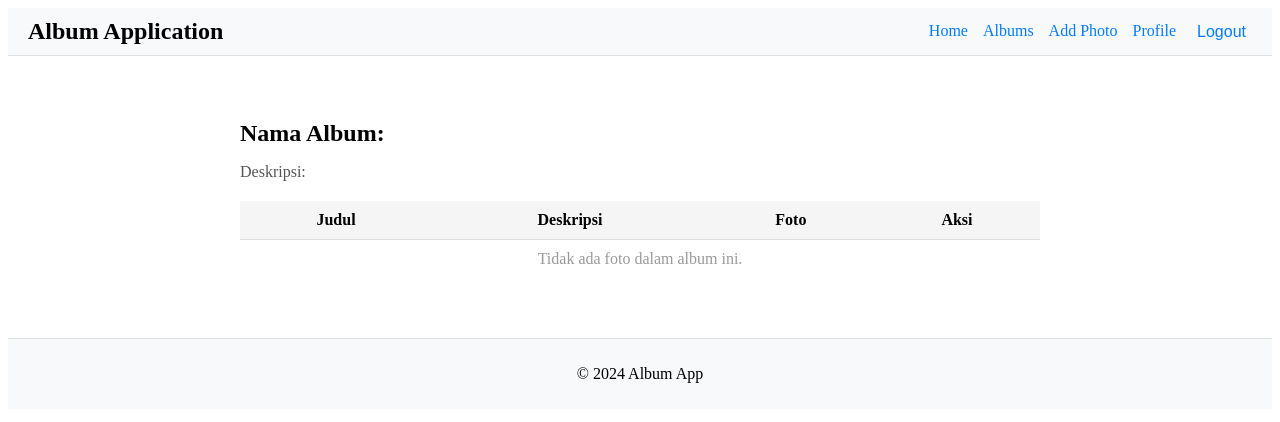
Repository: daffa-alif/snapgram
Page: http://localhost/photos
An editor plug-in stored every save of this project. The page is shown before and after the next save, followed by the edit.
The browser window is 1280 px wide. The pictures show the whole page.
The page is served by the project's Laravel application, run on PHP 8.4 with Laravel 12. A made-up administrator, Test User (test@example.com), is signed in. Other server files are loaded and not shown. Queries for data that is not in the repository find no rows.

Above is the page before, as saved 2024-10-29 13:59:09.

### routes/web.php
<?php

use Illuminate\Support\Facades\Route;
use App\Http\Controllers\{
    AuthController,
    HomeController,
    AlbumController,
    PhotoController,
    ProfileController,
};

// Redirect root URL to login
Route::redirect('/', '/auth/login');

// Authentication routes
Route::controller(AuthController::class)->group(function () {

    Route::get('auth/login', 'showLoginForm')->name('login')->middleware('guest');
    Route::post('auth/postLogin', 'postLogin')->name('postLogin');
    Route::post('logout', 'logout')->name('logout');
    Route::get('auth/register', 'showRegistrationForm')->name('register.form');
    Route::post('auth/register', 'register')->name('register');

   // Routes that require authentication
Route::middleware('auth')->group(function () {
    // Home route
    Route::get('/home', [HomeController::class, 'index'])->name('home');
    // Album resource routes
    Route::resource('albums', AlbumController::class);
    // Photo routes
    Route::resource('photos', PhotoController::class);
    Route::get('/albums/{album}/photos', [PhotoController::class, 'index'])
        ->name('albums.photos');
    Route::post('photos/{photo}/like/', [PhotoController::class, 'like'])
        ->name('photos.like');
    Route::get('/photos/{photo}/comments', [PhotoController::class, 'showComments'])
        ->name('photos.comments');
    Route::post('/photos/{photo}/comments', [PhotoController::class, 'storeComment'])
        ->name('photos.comment.store');

        Route::get('/profile', [ProfileController::class, 'index'])->name('profile.index');
        Route::put('/profile', [ProfileController::class, 'update'])->name('profile.update');
    });
});

### app/Models/User.php
<?php

namespace App\Models;

// use Illuminate\Contracts\Auth\MustVerifyEmail;
use Illuminate\Database\Eloquent\Factories\HasFactory;
use Illuminate\Foundation\Auth\User as Authenticatable;
use Illuminate\Notifications\Notifiable;

class User extends Authenticatable
{
    use HasFactory, Notifiable;

    /**
     * The attributes that are mass assignable.
     *
     * @var array<int, string>
     */
    protected $fillable = [
        'username',
        'email',
        'password',
        'namaLengkap',
        'alamat',
    ];

    protected $primaryKey = 'userID';
    /**
     * The attributes that should be hidden for serialization.
     *
     * @var array<int, string>
     */
    protected $hidden = [
        'password',
        'remember_token',
    ];

    /**
     * Get the attributes that should be cast.
     *
     * @return array<string, string>
     */
    protected function casts(): array
    {
        return [
            'email_verified_at' => 'datetime',
            'password' => 'hashed',
        ];
    }
}

### app/Http/Controllers/PhotoController.php
<?php

namespace App\Http\Controllers;

use Illuminate\Http\Request;
use App\Models\Album;
use App\Models\Photo;
use App\Models\LikePhoto;
use App\Models\Comment;
use Illuminate\Support\Facades\Auth;
use Illuminate\Support\Facades\Storage;

class PhotoController extends Controller
{
    /**
     * Display a listing of the photos for a specific album.
     */
    public function index(Album $album)
    {
        // Check if the album belongs to the authenticated user or is public
        $albums = Album::where('userID', auth()->id())->get();
        $photos = Photo::where('albumID', $album->albumID)->get();
        return view('photos.index', compact('album', 'photos')); // Changed to the appropriate view for displaying photos
    }

    public function edit(Photo $photo)
    {
        // Ensure the authenticated user can access only their own albums
        $albums = Album::where('userID', Auth::id())->get();

        // Check if the photo belongs to the authenticated user for security
        if ($photo->userID !== Auth::id()) {
            return redirect()->route('albums.index')->with('error', 'Unauthorized access to edit photo.');
        }

        // Pass the photo and albums to the edit view
        return view('photos.edit', compact('photo', 'albums'));
    }

    /**
     * Show the form for creating a new photo.
     */
    public function create()
    {
        $albums = Album::where('userID', auth()->id())->get(); // Get albums for the authenticated user
        return view('photos.create', compact('albums')); // Pass the variable to the view
    }

    /**
     * Store a newly uploaded photo in storage.
     */
    public function store(Request $request)
    {
        // Validate the photo upload form input
        $request->validate([
            'judulFoto' => 'required|max:255',
            'deskripsiFoto' => 'required|max:500',
            'albumID' => 'required|exists:albums,albumID',
            'photo' => 'required|image|max:2048', // Ensure the field name matches the form input
        ]);

        // Handle file upload
        $path = $request->file('photo')->store('photos', 'public');

        // Create a new photo entry in the database
        Photo::create([
            'judulFoto' => $request->input('judulFoto'),
            'deskripsiFoto' => $request->input('deskripsiFoto'),
            'tanggalUnggah' => now(),
            'lokasiFile' => $path,
            'albumID' => $request->input('albumID'),
            'userID' => Auth::id(),
        ]);

        return redirect()->route('home', $request->input('albumID'))->with('success', 'Photo uploaded successfully.');
    }

    /**
     * Display the specified photo details.
     */
    public function show(Photo $photo)
    {
        // Check if the photo belongs to the authenticated user or is publicly accessible
        return view('photos.show', compact('photo'));
    }

    /**
     * Update the specified photo information.
     */
    public function update(Request $request, Photo $photo)
{
    // Validate the updated photo information
    $request->validate([
        'judulFoto' => 'required|max:255',
        'deskripsiFoto' => 'required|max:500',
        'albumID' => 'required|exists:albums,albumID',
        'photo' => 'nullable|image|max:2048', // Make the file optional for update
    ]);

    // Check if a new file is uploaded
    if ($request->hasFile('photo')) {
        // Delete the old file from storage
        Storage::disk('public')->delete($photo->lokasiFile);

        // Store the new file and update the path
        $photo->lokasiFile = $request->file('photo')->store('photos', 'public');
    }

    // Update the photo's details without the file path
    $photo->update([
        'judulFoto' => $request->input('judulFoto'),
        'deskripsiFoto' => $request->input('deskripsiFoto'),
        'albumID' => $request->input('albumID'),
    ]);

    // Redirect to the album index with a success message
    return redirect()->route('albums.index', $photo->albumID)->with('success', 'Photo updated successfully.');
}



    /**
     * Remove the specified photo from storage.
     */
    public function destroy(Photo $photo)
    {
        // Delete the file from storage
        Storage::disk('public')->delete($photo->lokasiFile);

        // Delete the photo from the database
        $photo->delete();

        return redirect()->route('albums.index', $photo->albumID)->with('success', 'Photo deleted successfully.');
    }

    /**
     * Like or unlike a photo.
     */
    /**
 * Like or unlike a photo.
 */
public function like(Photo $photo)
{
    // Check if the user has already liked the photo
    $like = LikePhoto::where('userID', Auth::id())
                     ->where('fotoID', $photo->fotoID) // Change photoID to fotoID
                     ->first();

    if ($like) {
        // If the photo is already liked, remove the like (unlike)
        $like->delete();
    } else {
        // Otherwise, add a new like
        LikePhoto::create([
            'userID' => Auth::id(),
            'fotoID' => $photo->fotoID, // Change photoID to fotoID
            'tanggalLike' => now(), // Assuming you want to store the like date
        ]);
    }

    return back()->with('success', 'Photo like status updated.');
}


    /**
     * Display the comments for a photo.
     */
    public function showComments(Photo $photo)
{
    // Retrieve comments related to the photo
    $comments = Comment::where('fotoID', $photo->fotoID)->get();

    // Pass the photo and comments to the view
    return view('photos.comments', compact('photo', 'comments'));
}


    /**
     * Store a new comment on the photo.
     */
    public function storeComment(Request $request, Photo $photo)
{
    // Validate the comment input
    $request->validate([
        'isiKomentar' => 'required|max:500',
    ]);

    // Create a new comment
    Comment::create([
        'isiKomentar' => $request->input('isiKomentar'),
        'userID' => Auth::id(),
        'fotoID' => $photo->fotoID, // Use fotoID as per your naming convention
    ]);

    return back()->with('success', 'Comment added successfully.');
}

}

### app/Models/Album.php
<?php

namespace App\Models;

use Illuminate\Database\Eloquent\Model;

class Album extends Model {

protected $primaryKey = 'albumID';
protected $fillable = ['namaAlbum', 'deskripsi',
'tanggalDibuat', 'userID'];

/**
* Relasi one-to-one antara Album dan User.
* Setiap album dimiliki oleh satu user.
* Relasi ini menggunakan foreign key 'userID'.
*/
public function user() {
return $this->belongsTo(User::class, 'userID');
}

/**
* Relasi one-to-many antara Album dan Photo.
* Setiap album bisa memiliki banyak foto.
* Relasi ini menggunakan foreign key 'albumID'.
*/
public function photos() {
return $this->hasMany(Photo::class, 'albumID');
}
}

### app/Models/Photo.php
<?php

namespace App\Models;

use Illuminate\Database\Eloquent\Model;
use Illuminate\Support\Facades\Auth;

class Photo extends Model
{
    protected $primaryKey = 'fotoID';
    protected $fillable = [
        'judulFoto', 'deskripsi Foto',
        'tanggalUnggah', 'lokasiFile',
        'albumID', 'userID'];

    public function album()
    {
        return $this->belongsTo(Album::class, 'albumID');
    }

    public function user()
    {
        return $this->belongsTo(User::class, 'userID');
    }

    public function likes()
    {
        return $this->hasMany(LikePhoto::class, 'fotoID');
    }

    public function isLikedByAuthUser()
    {
        return $this->likes()->where('userID', Auth::user()->userID)->exists();
    }

    public function comments() {
        return $this->hasMany (Comment::class, 'fotoID');
        }
}

### resources/views/photos/index.blade.php
@extends('layouts.app')

@section('content')
<div style="padding: 20px; max-width: 800px; margin: 0 auto;">
    <h3 style="font-size: 24px; margin-bottom: 10px;">Nama Album: {{ $album->namaAlbum }}</h3>
    <p style="font-size: 16px; color: #555;">Deskripsi: {{ $album->deskripsi }}</p>

    <table style="width: 100%; border-collapse: collapse; margin-top: 20px;">
        <thead>
            <tr style="background-color: #f5f5f5;">
                <th style="padding: 10px; border-bottom: 1px solid #ddd;">Judul</th>
                <th style="padding: 10px; border-bottom: 1px solid #ddd;">Deskripsi</th>
                <th style="padding: 10px; border-bottom: 1px solid #ddd;">Foto</th>
                <th style="padding: 10px; border-bottom: 1px solid #ddd;">Aksi</th>
            </tr>
        </thead>
        <tbody>
            @if($album->photos->isNotEmpty())
                @foreach($album->photos as $photo)
                    <tr>
                        <td style="padding: 10px; border-bottom: 1px solid #ddd;">{{ $photo->judulFoto }}</td>
                        <td style="padding: 10px; border-bottom: 1px solid #ddd;">{{ $photo->deskripsiFoto }}</td>
                        <td style="padding: 10px; border-bottom: 1px solid #ddd;">
                            <img src="{{ asset('storage/'.$photo->lokasiFile) }}"
                                 loading="lazy"
                                 alt="{{ $photo->judulFoto }}"
                                 style="width: 150px; height: auto; aspect-ratio: 1/1; object-fit: cover; border-radius: 5px;">
                        </td>
                        <td style="padding: 10px; border-bottom: 1px solid #ddd;">
                            <a href="{{ route('photos.edit', $photo->fotoID) }}"
                               style="text-decoration: none; color: #007bff; margin-right: 10px;">Edit</a>
                            <form action="{{ route('photos.destroy', $photo->fotoID) }}" method="POST"
                                  onsubmit="return confirm('Yakin ingin menghapus foto ini?');"
                                  style="display: inline;">
                                @csrf
                                @method('DELETE')
                                <button type="submit"
                                        style="background-color: #ff4d4d; color: white; border: none; padding: 5px 10px; border-radius: 5px; cursor: pointer;">
                                    Hapus
                                </button>
                            </form>
                        </td>
                    </tr>
                @endforeach
            @else
                <tr>
                    <td colspan="4" style="padding: 10px; text-align: center; color: #999;">Tidak ada foto dalam album ini.</td>
                </tr>
            @endif
        </tbody>
    </table>
</div>
@endsection

### resources/views/layouts/app.blade.php
<!DOCTYPE html>
<html lang="en">
<head>
    <meta charset="UTF-8">
    <meta name="viewport" content="width=device-width, initial-scale=1.0">
    <meta http-equiv="X-UA-Compatible" content="ie=edge">
    <title>@yield('title', 'Album App')</title>
    <style>
        /* Basic Flexbox Styles for Navbar */
        header {
            display: flex;
            justify-content: space-between;
            align-items: center;
            padding: 10px 20px;
            background-color: #f8f9fa;
            border-bottom: 1px solid #ddd;
        }

        header h1 {
            margin: 0;
            font-size: 24px;
        }

        nav ul {
            list-style: none;
            display: flex;
            gap: 15px;
            margin: 0;
            padding: 0;
        }

        nav ul li {
            margin: 0;
        }

        nav ul li a,
        nav ul li form button {
            text-decoration: none;
            color: #007BFF;
            background: none;
            border: none;
            cursor: pointer;
            font-size: 16px;
        }

        nav ul li form button:hover,
        nav ul li a:hover {
            text-decoration: underline;
        }

        main {
            padding: 20px;
        }

        footer {
            text-align: center;
            padding: 10px;
            background-color: #f8f9fa;
            border-top: 1px solid #ddd;
            margin-top: 20px;
        }
    </style>
</head>
<body>

    <!-- Header -->
    <header>
        <h1>Album Application</h1>
        @section('header')
            <nav>
                <ul>
                    <li><a href="{{ route('home') }}">Home</a></li>
                    <li><a href="{{ route('albums.index') }}">Albums</a></li>
                    <li><a href="{{ route('photos.create') }}">Add Photo</a></li>
                    <li><a href="{{ route('profile.index') }}">Profile</a></li>
                    <li>
                        <form action="{{ route('logout') }}" method="POST">
                            @csrf
                            <button type="submit">Logout</button>
                        </form>
                    </li>
                </ul>
            </nav>
        @show
    </header>

    <!-- Content Section -->
    <main>
        @yield('content')
    </main>

    <!-- Footer -->
    <footer>
        @section('footer')
            <p>&copy; 2024 Album App</p>
        @show
    </footer>

</body>
</html>

Loaded but not shown: app/Http/Controllers/Controller.php (common file)

After the next save:
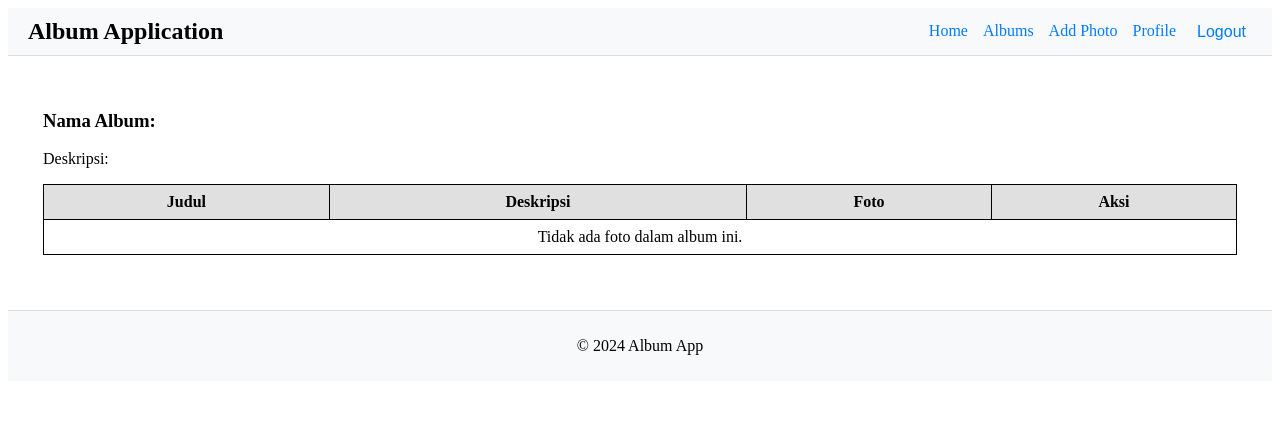
Saved 117 s later.
--- a/resources/views/photos/index.blade.php
+++ b/resources/views/photos/index.blade.php
@@ -1,41 +1,38 @@
 @extends('layouts.app')
 
 @section('content')
-<div style="padding: 20px; max-width: 800px; margin: 0 auto;">
-    <h3 style="font-size: 24px; margin-bottom: 10px;">Nama Album: {{ $album->namaAlbum }}</h3>
-    <p style="font-size: 16px; color: #555;">Deskripsi: {{ $album->deskripsi }}</p>
+<div style="padding: 15px;">
+    <h3>Nama Album: {{ $album->namaAlbum }}</h3>
+    <p>Deskripsi: {{ $album->deskripsi }}</p>
 
-    <table style="width: 100%; border-collapse: collapse; margin-top: 20px;">
+    <table style="width: 100%; border: 1px solid #000; margin-top: 10px; border-collapse: collapse;">
         <thead>
-            <tr style="background-color: #f5f5f5;">
-                <th style="padding: 10px; border-bottom: 1px solid #ddd;">Judul</th>
-                <th style="padding: 10px; border-bottom: 1px solid #ddd;">Deskripsi</th>
-                <th style="padding: 10px; border-bottom: 1px solid #ddd;">Foto</th>
-                <th style="padding: 10px; border-bottom: 1px solid #ddd;">Aksi</th>
+            <tr style="background-color: #e0e0e0;">
+                <th style="padding: 8px; border: 1px solid #000;">Judul</th>
+                <th style="padding: 8px; border: 1px solid #000;">Deskripsi</th>
+                <th style="padding: 8px; border: 1px solid #000;">Foto</th>
+                <th style="padding: 8px; border: 1px solid #000;">Aksi</th>
             </tr>
         </thead>
         <tbody>
             @if($album->photos->isNotEmpty())
                 @foreach($album->photos as $photo)
                     <tr>
-                        <td style="padding: 10px; border-bottom: 1px solid #ddd;">{{ $photo->judulFoto }}</td>
-                        <td style="padding: 10px; border-bottom: 1px solid #ddd;">{{ $photo->deskripsiFoto }}</td>
-                        <td style="padding: 10px; border-bottom: 1px solid #ddd;">
+                        <td style="padding: 8px; border: 1px solid #000;">{{ $photo->judulFoto }}</td>
+                        <td style="padding: 8px; border: 1px solid #000;">{{ $photo->deskripsiFoto }}</td>
+                        <td style="padding: 8px; border: 1px solid #000;">
                             <img src="{{ asset('storage/'.$photo->lokasiFile) }}"
-                                 loading="lazy"
                                  alt="{{ $photo->judulFoto }}"
-                                 style="width: 150px; height: auto; aspect-ratio: 1/1; object-fit: cover; border-radius: 5px;">
+                                 style="width: 100px; height: auto;">
                         </td>
-                        <td style="padding: 10px; border-bottom: 1px solid #ddd;">
-                            <a href="{{ route('photos.edit', $photo->fotoID) }}"
-                               style="text-decoration: none; color: #007bff; margin-right: 10px;">Edit</a>
+                        <td style="padding: 8px; border: 1px solid #000;">
+                            <a href="{{ route('photos.edit', $photo->fotoID) }}" style="margin-right: 10px;">Edit</a>
                             <form action="{{ route('photos.destroy', $photo->fotoID) }}" method="POST"
                                   onsubmit="return confirm('Yakin ingin menghapus foto ini?');"
                                   style="display: inline;">
                                 @csrf
                                 @method('DELETE')
-                                <button type="submit"
-                                        style="background-color: #ff4d4d; color: white; border: none; padding: 5px 10px; border-radius: 5px; cursor: pointer;">
+                                <button type="submit" style="background: none; border: none; color: #d9534f; cursor: pointer;">
                                     Hapus
                                 </button>
                             </form>
@@ -44,7 +41,7 @@
                 @endforeach
             @else
                 <tr>
-                    <td colspan="4" style="padding: 10px; text-align: center; color: #999;">Tidak ada foto dalam album ini.</td>
+                    <td colspan="4" style="padding: 8px; text-align: center; border: 1px solid #000;">Tidak ada foto dalam album ini.</td>
                 </tr>
             @endif
         </tbody>
